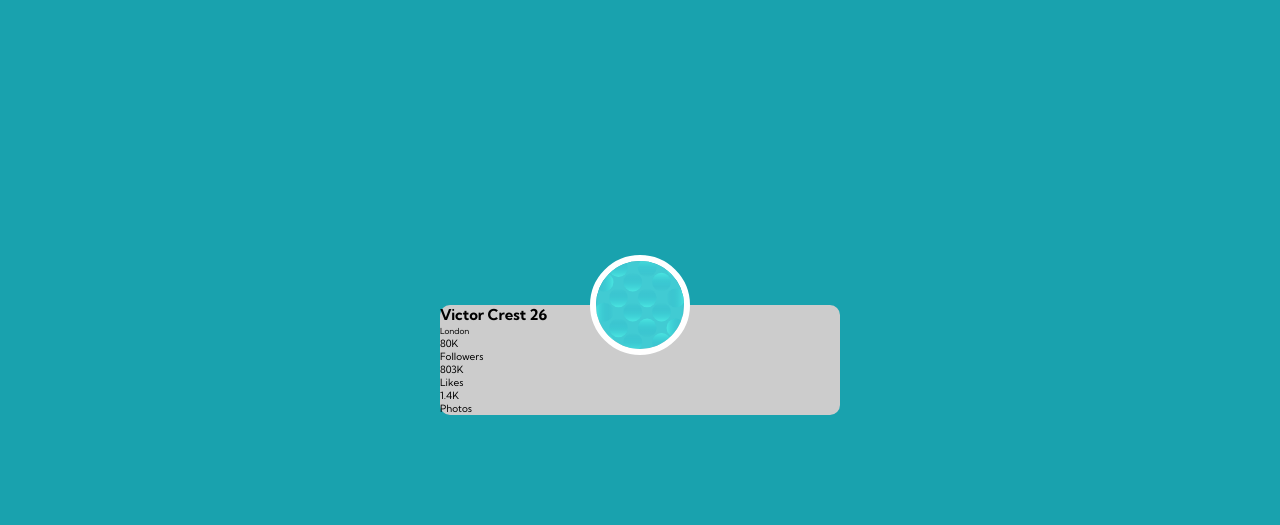
Repository: thaibaocoder1/profile-card-component-main
Page: index.html
An editor plug-in stored every save of this project. The page is shown before and after the next save, followed by the edit.
The browser window is 1280 px wide. The pictures show the whole page.

Above is the page before, as saved 2023-01-11 13:38:56.

After the next save:
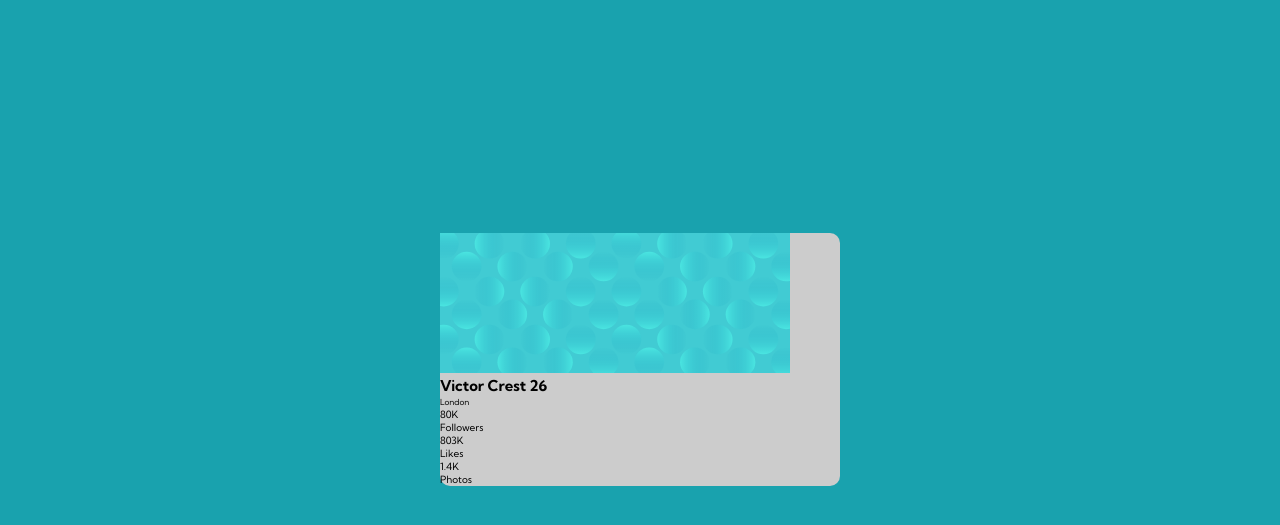
Saved 29 s later.
--- a/index.html
+++ b/index.html
@@ -14,7 +14,7 @@
 </head>
 <body>
   <main class="card">
-    <section class="card__top">
+    <section class="card__wrapper">
       <img src="./images/bg-pattern-card.svg" alt="">
     </section>
     <section class="card__bottom">
